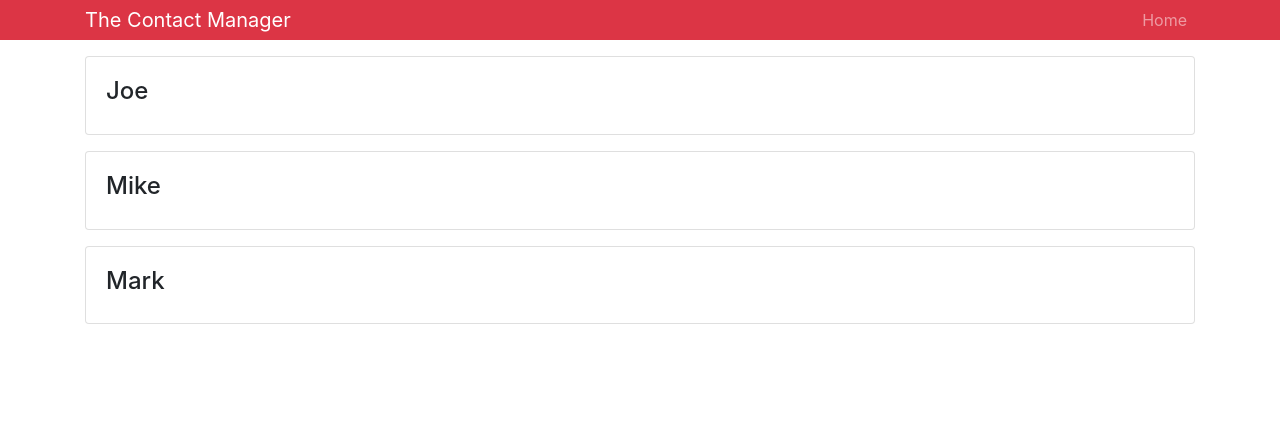
Repository: MikeTroianello/Contact-Manager
Page: /
The author's editor kept a copy of each file at every save. The page is drawn from the files as they stood at one save, then again after the next save.
The browser window is 1280 px wide. The pictures show the whole page.
The project was rebuilt for these pictures with package versions that can differ from the ones it lists, and the page was loaded fresh each time. Also part of the build but not shown: src/components/pages/About.js, src/components/layout/TextInputGroup.js, src/components/contacts/AddContact.js, src/App.css.

Above is the page before, as saved 2019-05-21 18:31:38.

After the next save:
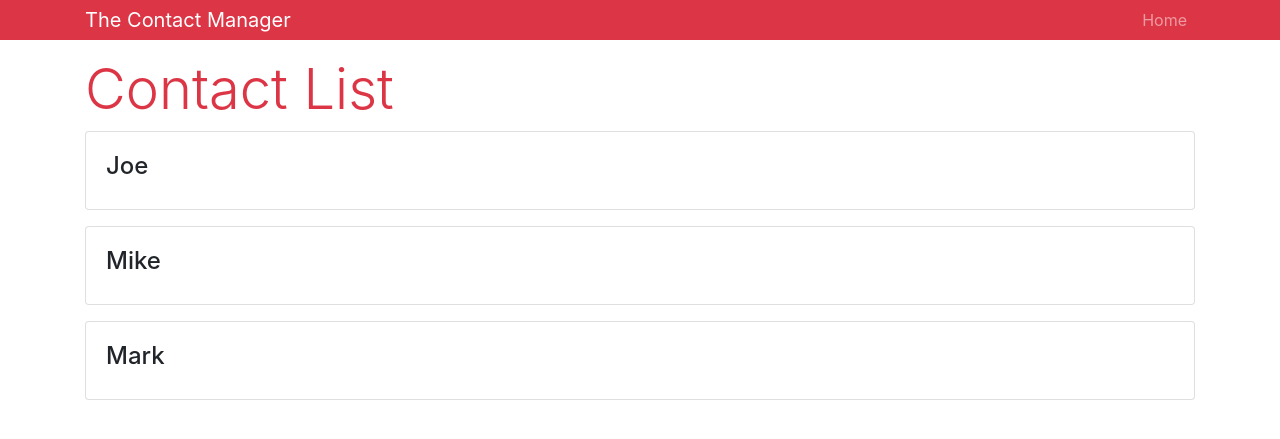
Saved 2 min 38 s later.
--- a/src/components/contacts/Contacts.js
+++ b/src/components/contacts/Contacts.js
@@ -11,6 +11,9 @@ class Contacts extends Component {
           const { contacts } = value;
           return (
             <React.Fragment>
+              <h1 className="display-4 mb-2">
+                <span className="text-danger">Contact List</span>
+              </h1>
               {contacts.map(contact => (
                 <Contact key={contact.id} contact={contact} />
               ))}
